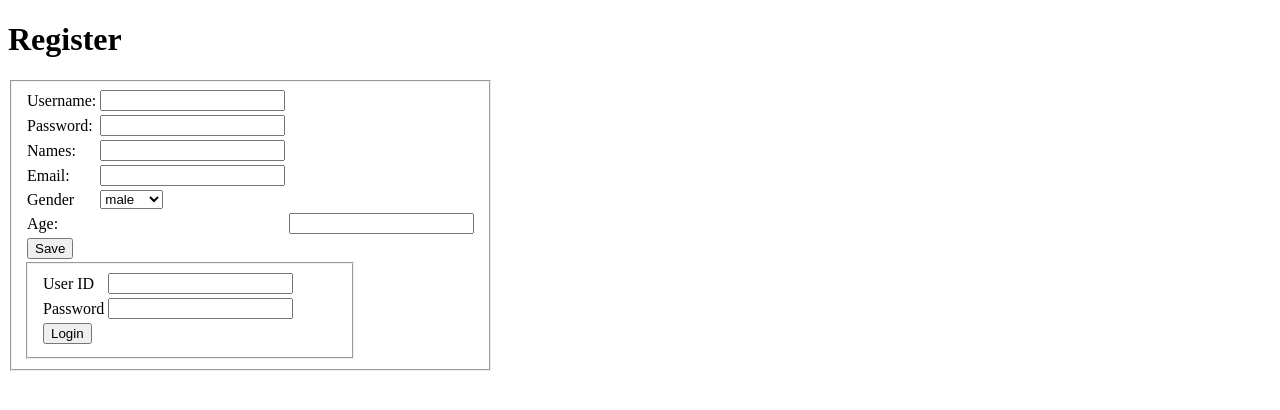
Repository: TeodorZlatev/Homework
Page: http://localhost/Web/register.jsp
An editor plug-in stored every save of this project. The page is shown before and after the next save, followed by the edit.
The browser window is 1280 px wide. The pictures show the whole page.
The page is served by Tomcat 9.

Above is the page before, as saved 2016-04-22 23:18:53.

After the next save:
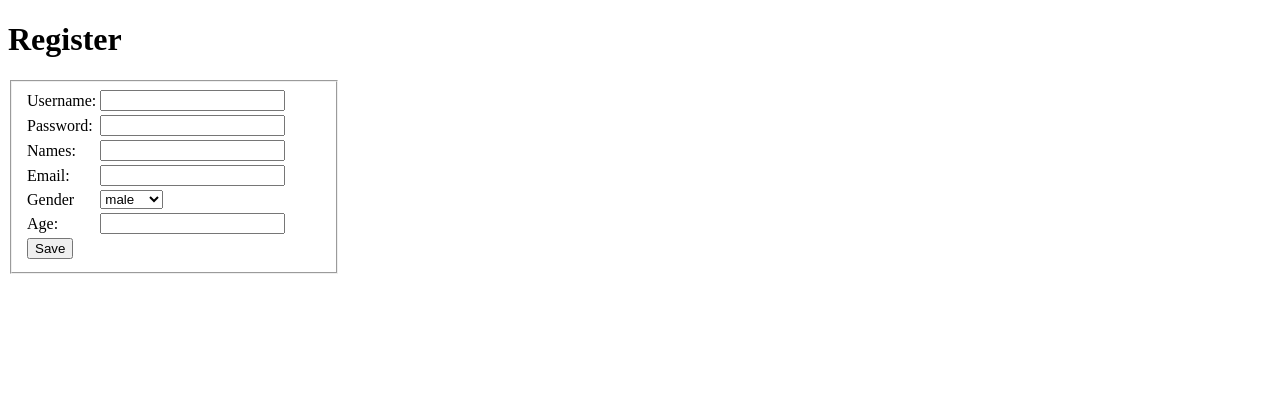
Saved 53 s later.
--- a/HomeworkWeb/Web/WebContent/register.jsp
+++ b/HomeworkWeb/Web/WebContent/register.jsp
@@ -36,8 +36,7 @@
 					</select></td>
 				</tr>
 				<tr>
-					<td>Age:
-					<td>
+					<td>Age:</td>
 					<td><input type="text" name="age" /></td>
 				</tr>
 				<tr>
@@ -47,19 +46,3 @@
 	</form>
 </body>
 </html>
-
-<fieldset style="width: 300px">
-	<table>
-		<tr>
-			<td>User ID</td>
-			<td><input type="text" name="username" /></td>
-		</tr>
-		<tr>
-			<td>Password</td>
-			<td><input type="password" name="userpass" /></td>
-		</tr>
-		<tr>
-			<td><input type="submit" value="Login" /></td>
-		</tr>
-	</table>
-</fieldset>
